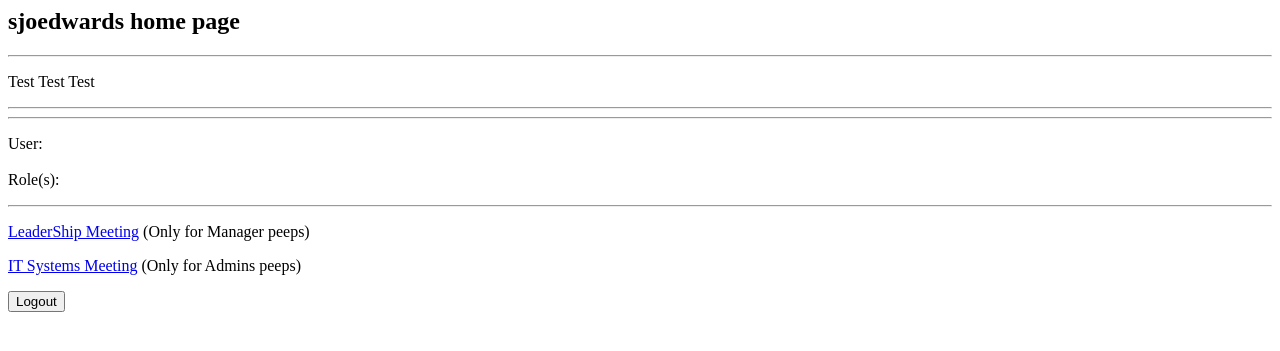
Repository: sjoedwards/springdemo
Page: http://localhost/36-spring-security-demo-08-jbdc-plain-text/WEB-INF/view/home.jsp
An editor plug-in stored every save of this project. The page is shown before and after a run of saves, followed by the edit.
The browser window is 1280 px wide. The pictures show the whole page.
The page is served by Tomcat 9. Nobody is signed in. Other server files are loaded and not shown. The template is opened directly, without the code that normally fills it, so the values that code supplies are empty.

Above is the page before, as saved 2022-08-24 15:51:24.

### 36-spring-security-demo-08-jbdc-plain-text/src/main/webapp/WEB-INF/view/home.jsp
<%@ taglib prefix="form" uri="http://www.springframework.org/tags/form"%>
<%@ taglib prefix="security"
	uri="http://www.springframework.org/security/tags"%>


<html>
<head>
<title>sjoedwards home page</title>
</head>
<body>
	<h2>sjoedwards home page</h2>
	<hr>
	<p>Test Test Test</p>
	<hr>
	<hr>
	<!-- display username and role -->

	<p>
		User:
		<security:authentication property="principal.username" />
		<br> <br> Role(s):
		<security:authentication property="principal.authorities" />

	</p>

	<hr>
	<!-- Add a link to point to /leaders for manager role -->
	<p>
		<a href="${pageContext.request.contextPath}/leaders">LeaderShip
			Meeting</a> (Only for Manager peeps)
	</p>

	<p>
		<a href="${pageContext.request.contextPath}/systems">IT Systems Meeting</a> (Only for Admins peeps)
	</p>



	<!-- Add a logout button -->
	<form:form action="${pageContext.request.contextPath}/logout"
		method="POST">

		<input type="submit" value="Logout">
	</form:form>
</body>

</html>

After the next 3 saves:
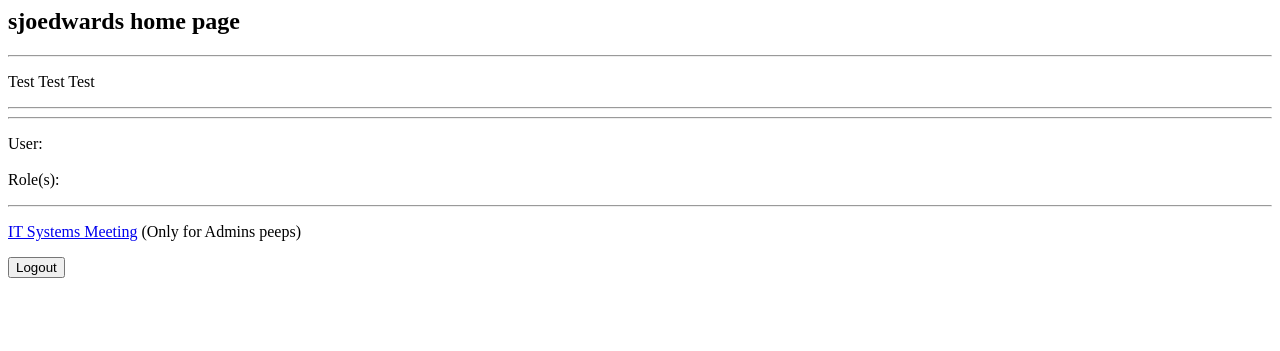
The 3 saves are shown as one change because 2 did not build or start.
The last was saved 2 min 15 s later.
--- a/36-spring-security-demo-08-jbdc-plain-text/src/main/webapp/WEB-INF/view/home.jsp
+++ b/36-spring-security-demo-08-jbdc-plain-text/src/main/webapp/WEB-INF/view/home.jsp
@@ -25,10 +25,13 @@
 
 	<hr>
 	<!-- Add a link to point to /leaders for manager role -->
+		<security:authorize>
+
 	<p>
 		<a href="${pageContext.request.contextPath}/leaders">LeaderShip
 			Meeting</a> (Only for Manager peeps)
 	</p>
+	</security:authorize>
 
 	<p>
 		<a href="${pageContext.request.contextPath}/systems">IT Systems Meeting</a> (Only for Admins peeps)
